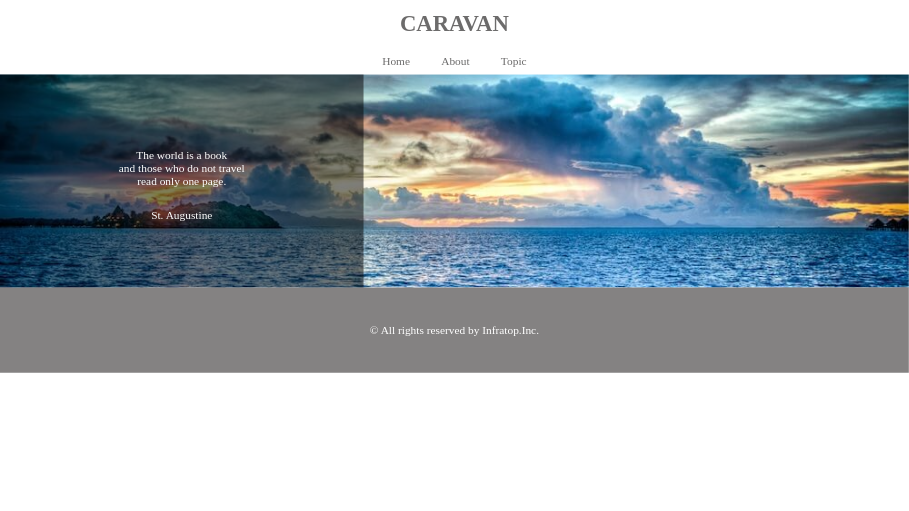
Repository: alamsamiha/html_css
Page: caravan/index.html
The author's editor kept a record of every edit. The page is drawn from the files as they stood at one moment, then again after the next edit.
The browser window is 1280 px wide. The pictures show the whole page, at 71% of full size.

Above is the page before.

After the next edit:
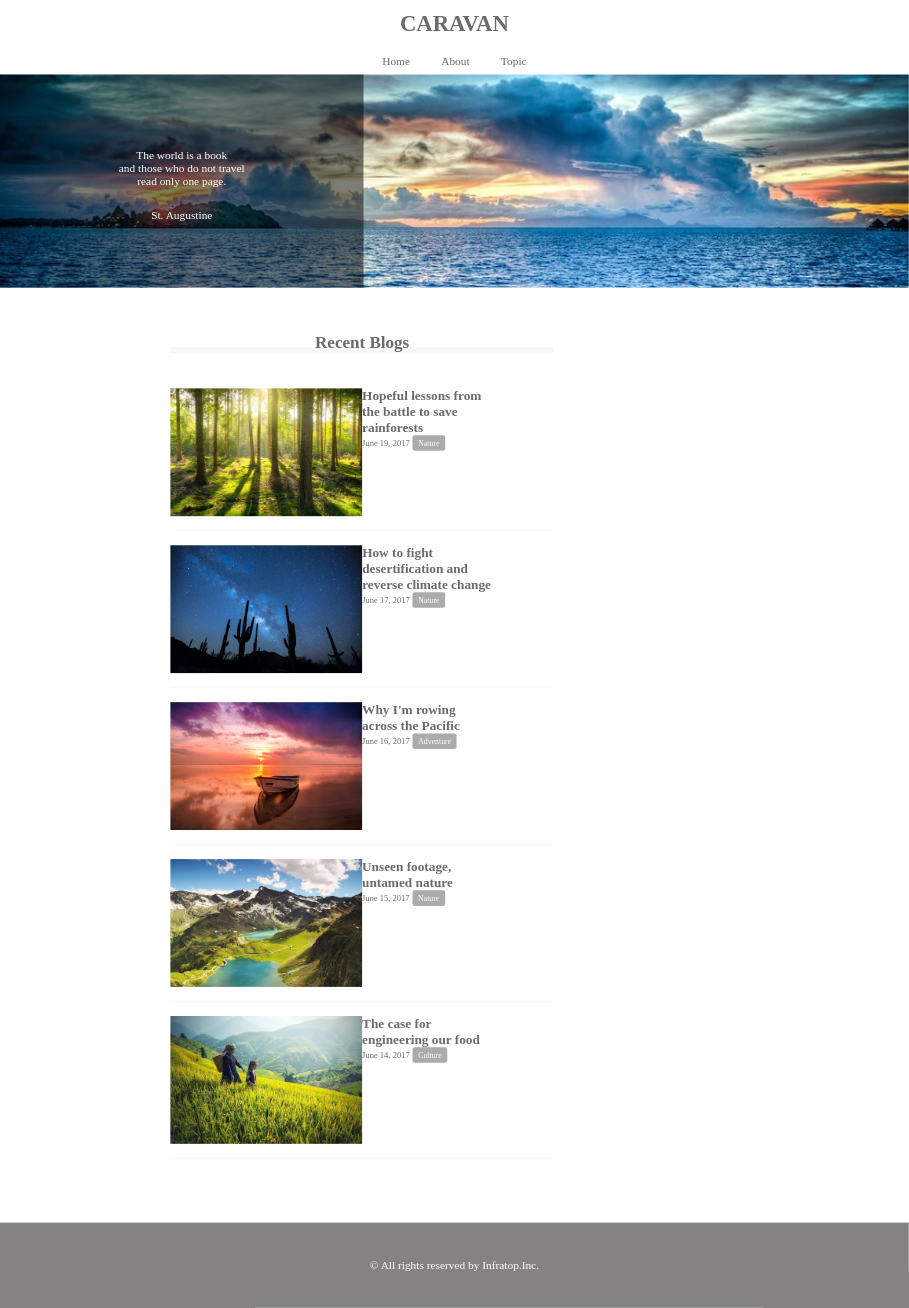
The edit:
--- a/caravan/index.html
+++ b/caravan/index.html
@@ -45,10 +45,81 @@
     </div>
 
     <!-- main用のdiv -->
-    <div class="main">
-      <div class="blog"></div>
+    <main>
+      <section class="blog">
+        <h2 class="blog-heading">Recent Blogs</h2>
+        <div class="blog-box">
+          <div class="blog-item">
+            <img class="blog-image" src="img/forest.jpg" />
+            <section class="blog-text">
+              <h3 class="blog-text-heading">
+                <a href="single.html">
+                  Hopeful lessons from<br>
+                  the battle to save<br>
+                  rainforests
+                </a>
+              </h3>
+              <p class="blog-date">June 19, 2017</p>
+              <span class="category">Nature</span>
+            </section>
+          </div>
+          <div class="blog-item">
+            <img class="blog-image" src="img/desert.jpg" />
+            <section class="blog-text">
+              <h3 class="blog-text-heading">
+                <a href="single.html">
+                  How to fight<br>
+                  desertification and<br>
+                  reverse climate change
+                </a>
+              </h3>
+              <p class="blog-date">June 17, 2017</p>
+              <span class="category">Nature</span>
+            </section>
+          </div>
+          <div class="blog-item">
+            <img class="blog-image" src="img/sunset.jpg" />
+            <section class="blog-text">
+              <h3 class="blog-text-heading">
+                <a href="single.html">
+                  Why I'm rowing<br>
+                  across the Pacific
+                </a>
+              </h3>
+              <p class="blog-date">June 16, 2017</p>
+              <span class="category">Adventure</span>
+            </section>
+          </div>
+          <div class="blog-item">
+            <img class="blog-image" src="img/italy.jpg" />
+            <section class="blog-text">
+              <h3 class="blog-text-heading">
+                <a href="single.html">
+                  Unseen footage,<br>
+                  untamed nature
+                </a>
+              </h3>
+              <p class="blog-date">June 15, 2017</p>
+              <span class="category">Nature</span>
+            </section>
+          </div>
+          <div class="blog-item">
+            <img class="blog-image" src="img/asia.jpg" />
+            <section class="blog-text">
+              <h3 class="blog-text-heading">
+                <a href="single.html">
+                  The case for<br>
+                  engineering our food
+                </a>
+              </h3>
+              <p class="blog-date">June 14, 2017</p>
+              <span class="category">Culture</span>
+            </section>
+          </div>
+        </div>
+      </section>
       <div class="sidebar"></div>
-    </div>
+    </main>
 
     <!-- footer -->
     <footer>
